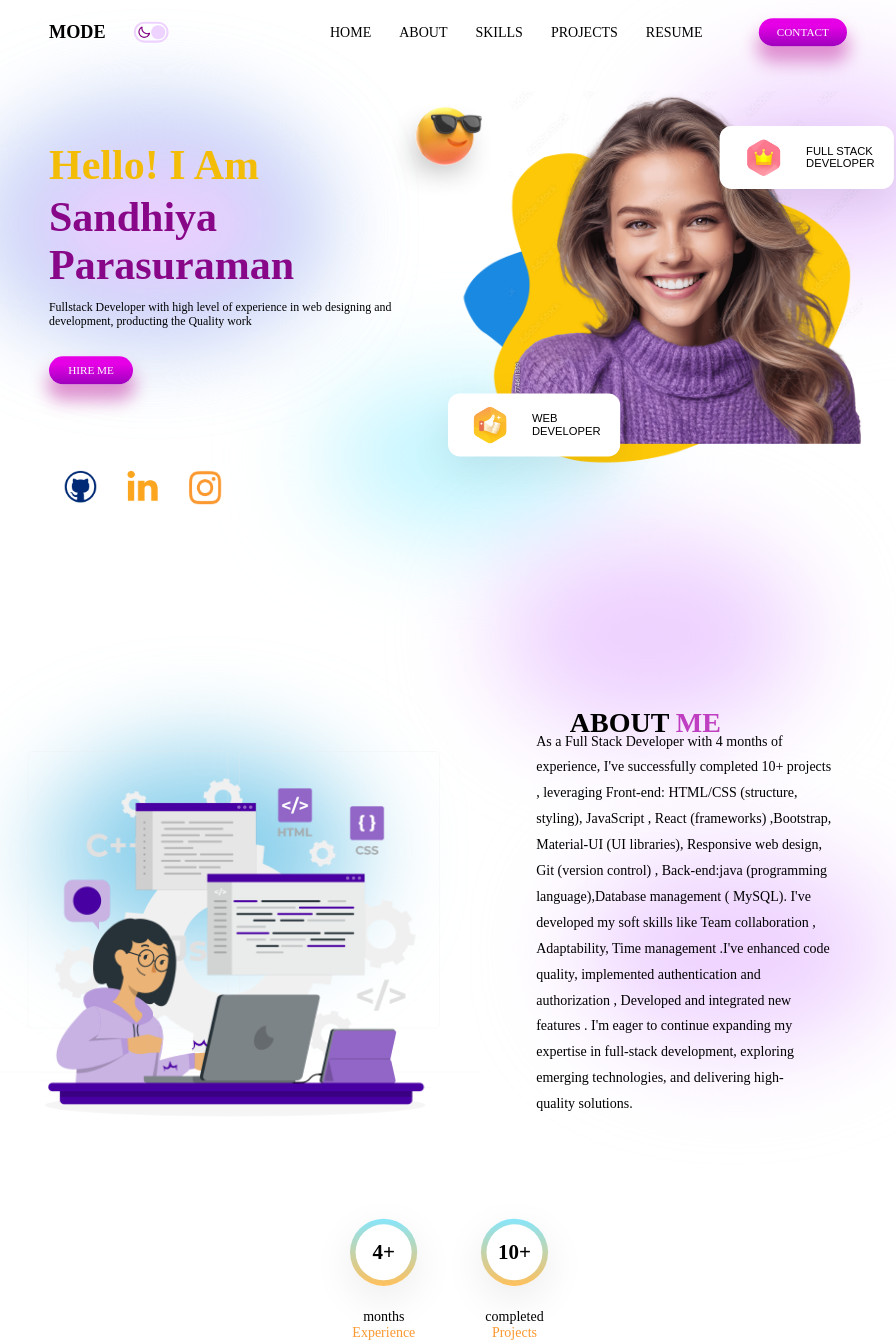
Repository: glorysandy/Protfolio
Page: /
An editor plug-in stored every save of this project. The page is shown before and after a run of saves, followed by the edit.
The browser window is 1280 px wide. The pictures show the part of the page from y = 0 to 1920 px (the page is 5144 px tall), at 70% of full size.
Some web fonts or font styles are not loaded; a fallback is used. The project was rebuilt for these pictures with package versions that can differ from the ones it lists, and the page was loaded fresh each time. Imported but missing from the stored project, and not drawn on this page: src/components/Services/SANDHIYA.P (RESUME).pdf.

Above is the page before, as saved 2024-10-17 01:45:22.

After the next 2 saves:
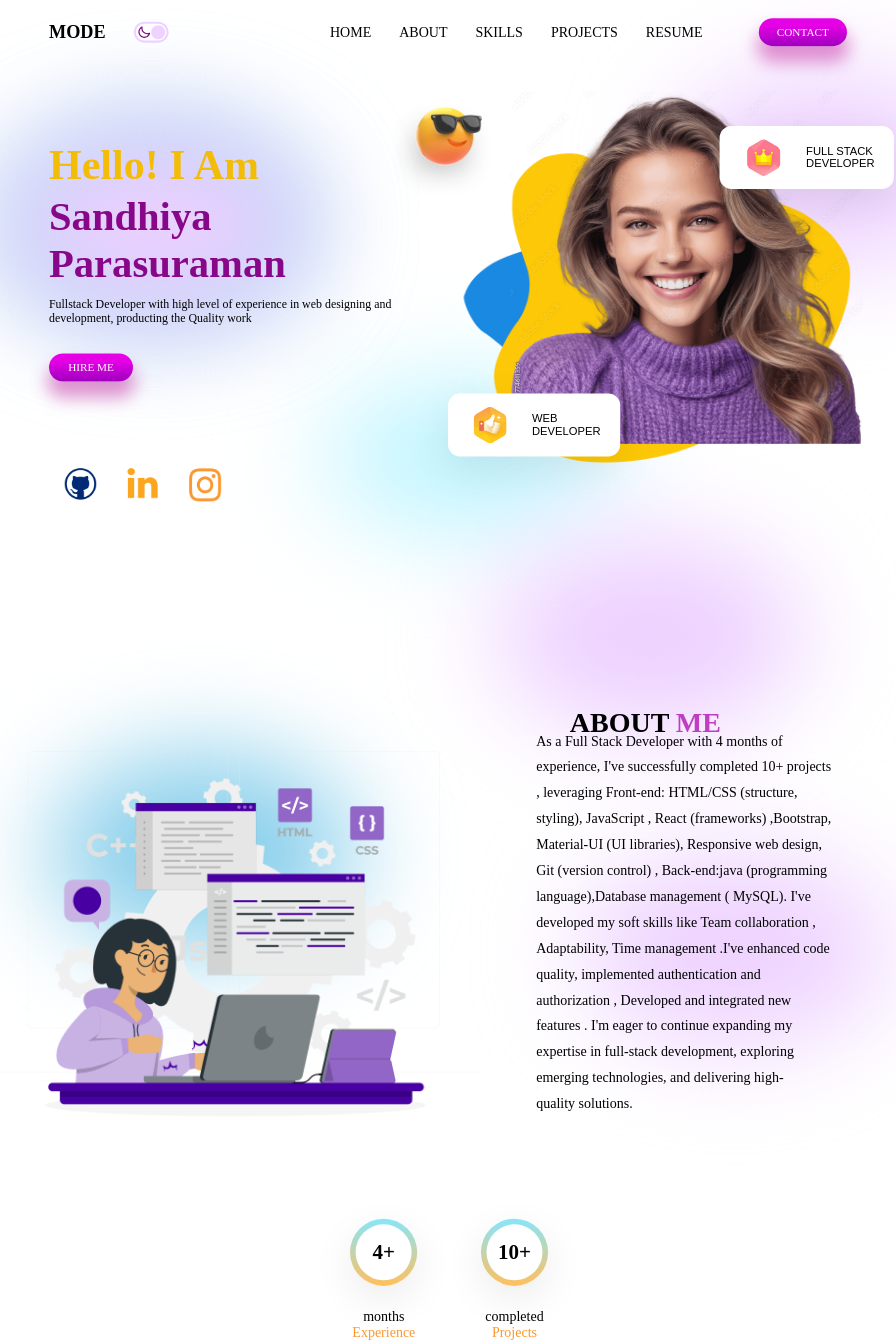
The 2 saves are shown as one change because they came seconds apart.
The last was saved 14 h 2 min later.
--- a/src/components/Intro/Intro.css
+++ b/src/components/Intro/Intro.css
@@ -26,7 +26,7 @@
   color: rgb(136, 7, 136);
 
   font-weight: bold;
-  font-size: 3rem;
+  font-size: 2.9rem;
 }
 .i-name > :nth-child(3) {
   font-weight: 100;
